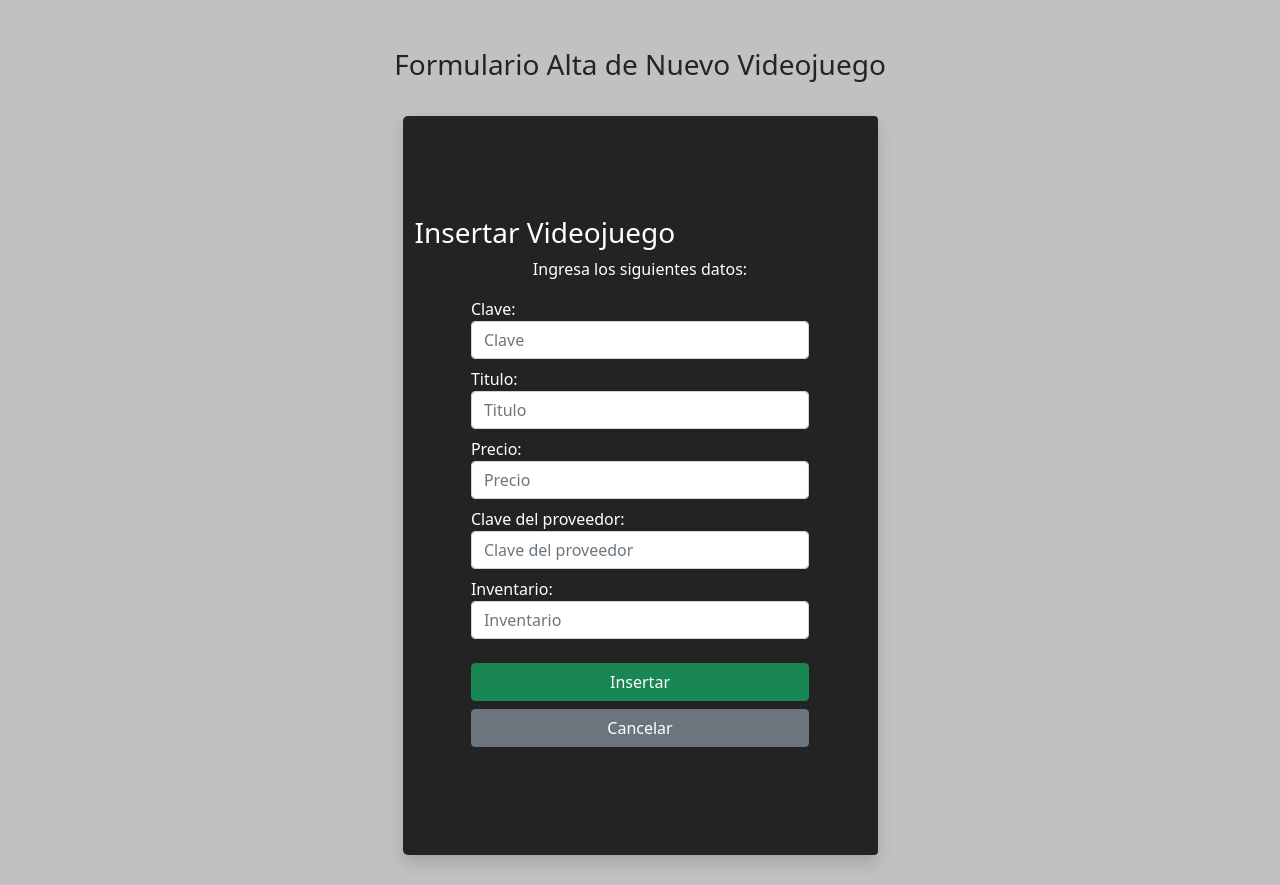
Repository: Jatziri16/JavaEE
Page: http://localhost/TiendaVideojuegos/FormularioInsertarVideojuego.jsp
The author's editor kept a copy of each file at every save. The page is drawn from the files as they stood at one save, then again after the next save.
The browser window is 1280 px wide. The pictures show the whole page.
The page is served by Tomcat 9.

Above is the page before, as saved 2023-12-06 22:39:25.

After the next save:
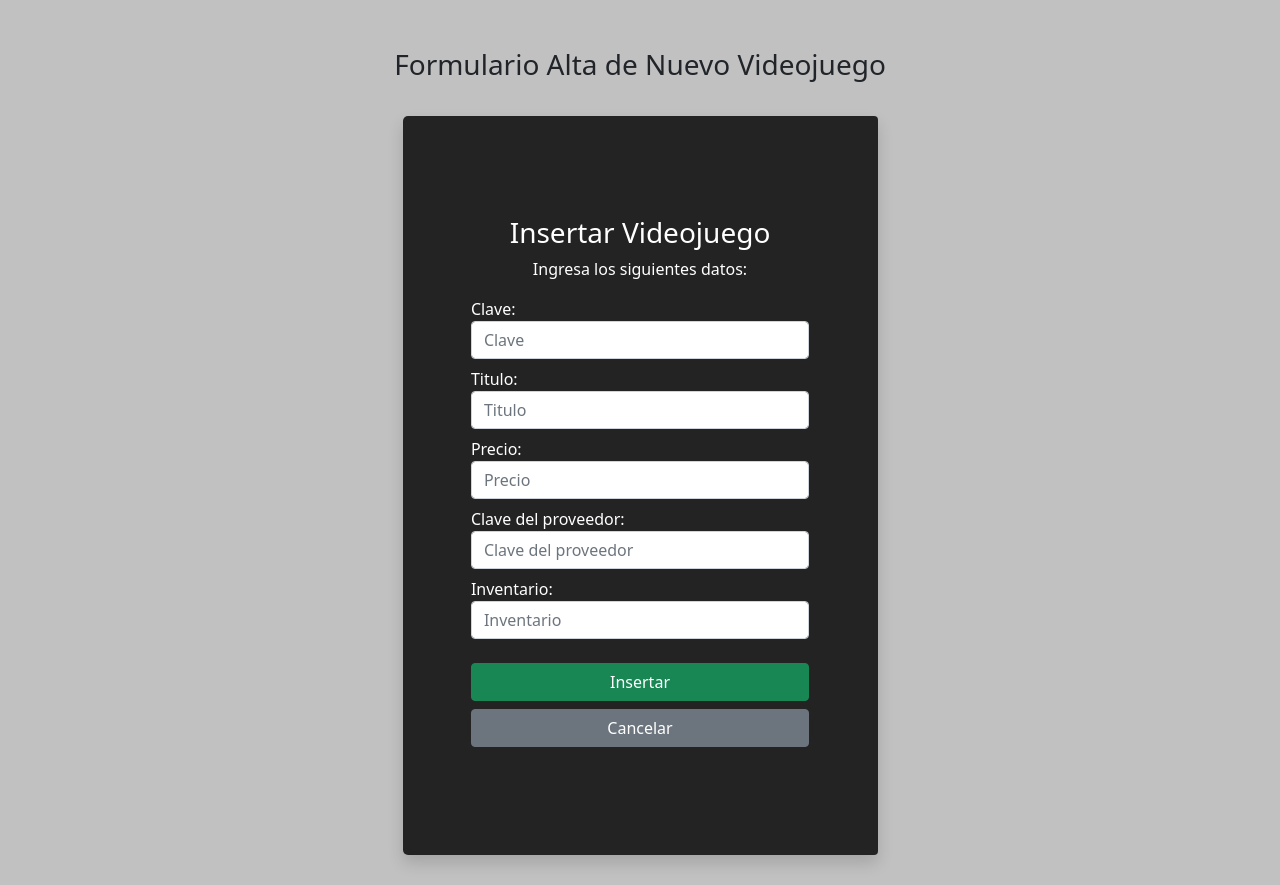
Saved 8 s later.
--- a/TiendaVideojuegos/src/main/webapp/FormularioInsertarVideojuego.jsp
+++ b/TiendaVideojuegos/src/main/webapp/FormularioInsertarVideojuego.jsp
@@ -15,7 +15,7 @@
 			<div class="container rounded-3 contenedor">
 				<div class="row align-items-stretch justify-content-center">
 					<div class="login-container col-7 col-sm-6 col-md-5 col-xl-5 rounded-end shadow">
-						<H3>Insertar Videojuego</H3>
+						<H3 class="text-center">Insertar Videojuego</H3>
 						<p class="text-center">Ingresa los siguientes datos:</p>
 						<div class="centrar">
 							<!-- FORM -->
